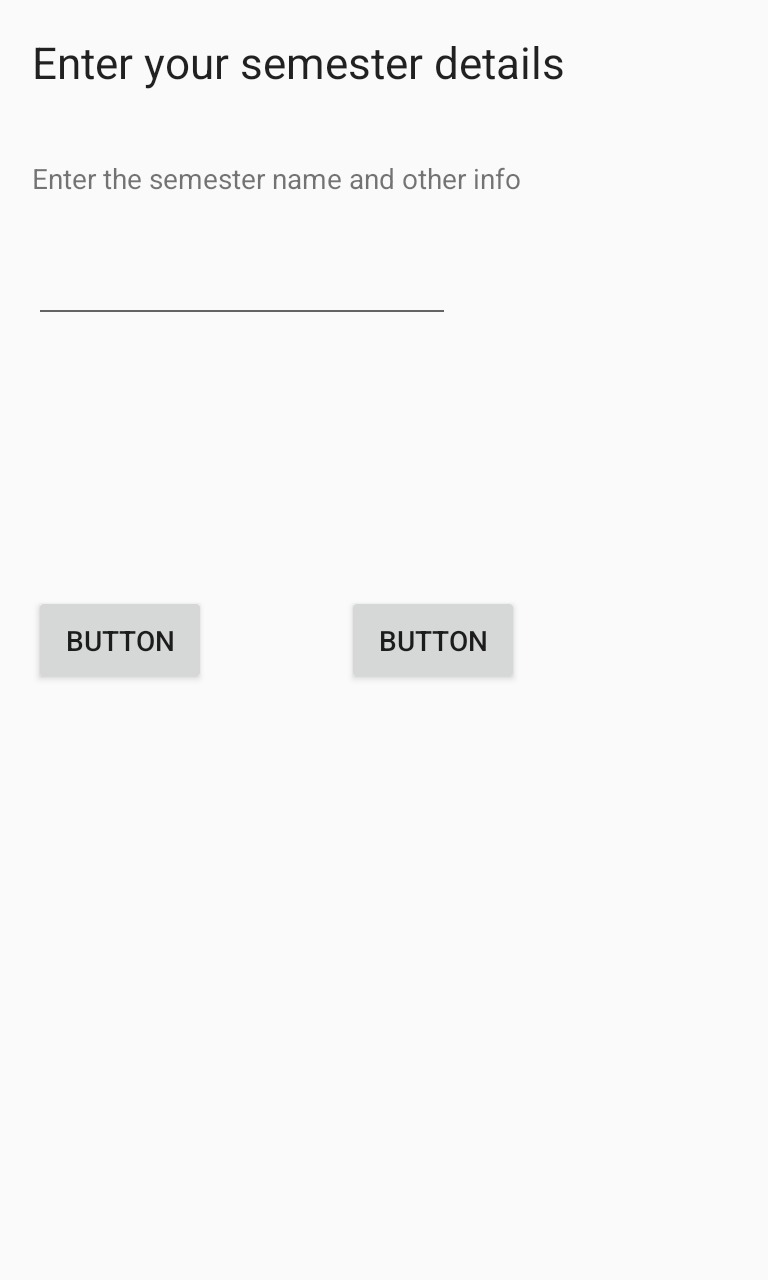
Repository: TeamZhao/Assignment-Tracker
Layout: Assignment-Tracker/AssignmentTracker/res/layout/activity_main.xml
These files come from the project's save history. The layout is drawn as it stood at one moment and after the next save; the edit follows.
It is drawn on a 768 x 1280 px phone screen (xhdpi) without system bars, with theme AppTheme; the app's code is not run.

Above is the layout before, as saved 2014-10-10 21:10:24.

After the next save:
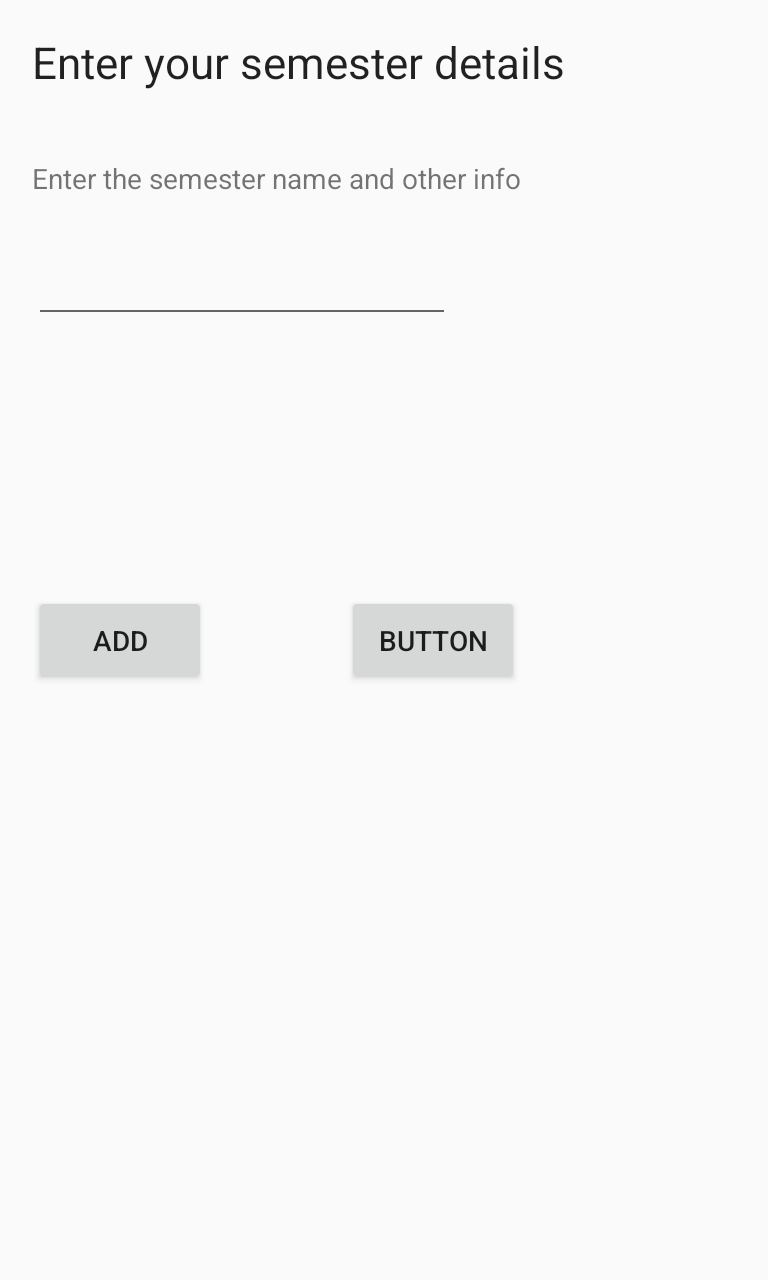
Saved 18 s later.
--- a/Assignment-Tracker/AssignmentTracker/res/layout/activity_main.xml
+++ b/Assignment-Tracker/AssignmentTracker/res/layout/activity_main.xml
@@ -41,7 +41,7 @@
         android:layout_height="wrap_content"
         android:layout_alignLeft="@+id/semesterDetails"
         android:layout_centerVertical="true"
-        android:text="Button" />
+        android:text="Add" />
 
     <Button
         android:id="@+id/button2"
